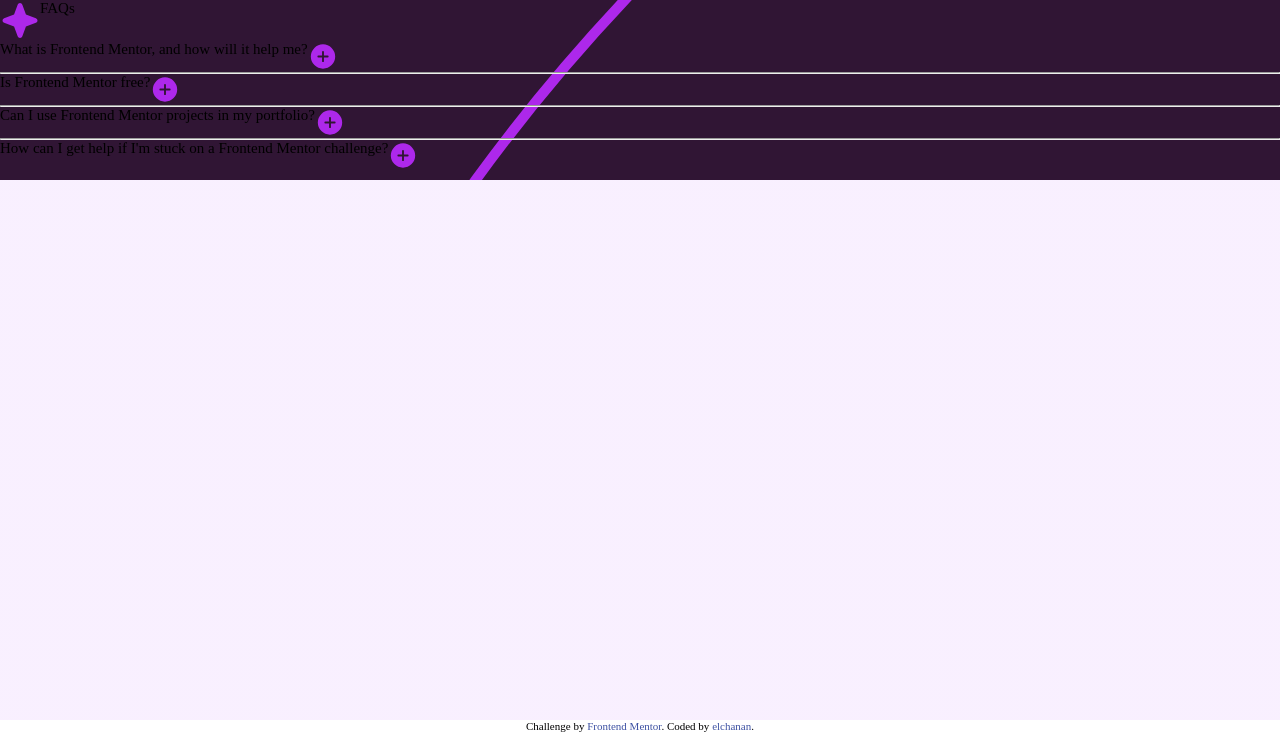
Repository: elchananChen/frontend-mentor-projects
Page: 2024/10/faQs/index.html
The author's editor kept a copy of each file at every save. The page is drawn from the files as they stood at one save, then again after the next save.
The browser window is 1280 px wide. The pictures show the whole page.

Above is the page before, as saved 2024-10-13 05:56:47.

### 2024/10/faQs/index.html
<!DOCTYPE html>
<html lang="en">
  <head>
    <meta charset="UTF-8" />
    <meta name="viewport" content="width=device-width, initial-scale=1.0" />

    <link
      rel="icon"
      type="image/png"
      sizes="32x32"
      href="./assets/images/favicon-32x32.png"
    />

    <title>Frontend Mentor | FAQ accordion</title>

    <style>
      .attribution {
        font-size: 11px;
        text-align: center;
      }
      .attribution a {
        color: hsl(228, 45%, 44%);
      }
    </style>
    <link rel="stylesheet" href="./style.css" />
  </head>
  <body>
    <article>
      <div class="card">
        <header>
          <div class="flex">
            <div><img src="./assets/images/icon-star.svg" alt="" /></div>
            <h1>FAQs</h1>
          </div>
        </header>
        <main>
          <div class="flex">
            <h3>What is Frontend Mentor, and how will it help me?</h3>
            <div><img src="./assets/images/icon-plus.svg" alt="" /></div>
          </div>
          <p class="hidden">
            Frontend Mentor offers realistic coding challenges to help
            developers improve their frontend coding skills with projects in
            HTML, CSS, and JavaScript. It's suitable for all levels and ideal
            for portfolio building.
          </p>
          <hr />
          <div class="flex">
            <h3>Is Frontend Mentor free?</h3>
            <div><img src="./assets/images/icon-plus.svg" alt="" /></div>
          </div>
          <p class="hidden">
            Yes, Frontend Mentor offers both free and premium coding challenges,
            with the free option providing access to a range of projects
            suitable for all skill levels.
          </p>
          <hr />
          <div class="flex">
            <h3>Can I use Frontend Mentor projects in my portfolio?</h3>
            <div><img src="./assets/images/icon-plus.svg" alt="" /></div>
          </div>
          <p class="hidden">
            Yes, you can use projects completed on Frontend Mentor in your
            portfolio. It's an excellent way to showcase your skills to
            potential employers!
          </p>
          <hr />
          <div class="flex">
            <h3>
              How can I get help if I'm stuck on a Frontend Mentor challenge?
            </h3>
            <div><img src="./assets/images/icon-plus.svg" alt="" /></div>
          </div>
          <p class="hidden">
            The best place to get help is inside Frontend Mentor's Discord
            community. There's a help channel where you can ask questions and
            seek support from other community members.
          </p>
        </main>
      </div>
    </article>
    <div class="attribution">
      Challenge by
      <a href="https://www.frontendmentor.io?ref=challenge" target="_blank"
        >Frontend Mentor</a
      >. Coded by <a href="#">elchanan</a>.
    </div>
  </body>
</html>

### 2024/10/faQs/style.css
@import url("./css/reset.css");
@import url("./css/varieble.css");
@import url("./css/fonts.css");
@import url("./css/utilities.css");

article {
  min-height: 100vh;
  width: 100%;
}
.card {
  min-height: 100vh;
  /* width: 100%;
  height: 200px; */
  /* background: -moz-linear-gradient(left, blue 75%, white 25%); */
  /* background: linear-gradient(180deg, red 20%, orange 20% 100%); */
  /* background: linear-gradient(to top, blue 25%, white 25%, red 50%); */

  background: linear-gradient(180deg, transparent 25%, hsl(275, 100%, 97%) 25%),
    url("./assets/images/background-pattern-mobile.svg");
  background-size: cover; /* מכסה את האלמנט */
  background-position: center; /* מרכז את התמונה */
  /* background-size: cover; מכסה את האלמנט */
  /* background-position: center; */
}
header {
}

### 2024/10/faQs/css/reset.css
* {
  box-sizing: border-box;
  margin: 0;
  padding: 0;
}
html {
  font-family: "overpass-Regular";
}
html,
body {
  min-height: 100vh;
  width: 100%;
  font-size: 15px;
}

img {
  display: block;
  max-width: 100%;
}
h1,
h2,
h3,
h4,
h5,
h6 {
  font-size: 1rem;
  font-weight: normal;
}
button {
  border: 0px;
}

ul,
ol {
  padding-left: 0.5rem;
}
a {
  text-decoration: none;
  color: inherit;
}

### 2024/10/faQs/css/varieble.css
:root {
  --color-White: hsl(0, 0%, 100%);
  --color-Light-pink: hsl(275, 100%, 97%);
  --color-Grayish-purple: hsl(292, 16%, 49%);
  --color-Dark-purple: hsl(292, 42%, 14%);
}

### 2024/10/faQs/css/utilities.css
.flex {
  display: flex;
}
.hidden {
  display: none;
}

Loaded but not shown: 2024/10/faQs/css/fonts.css (no copy from this time; the picture is the same without it)

After the next save:
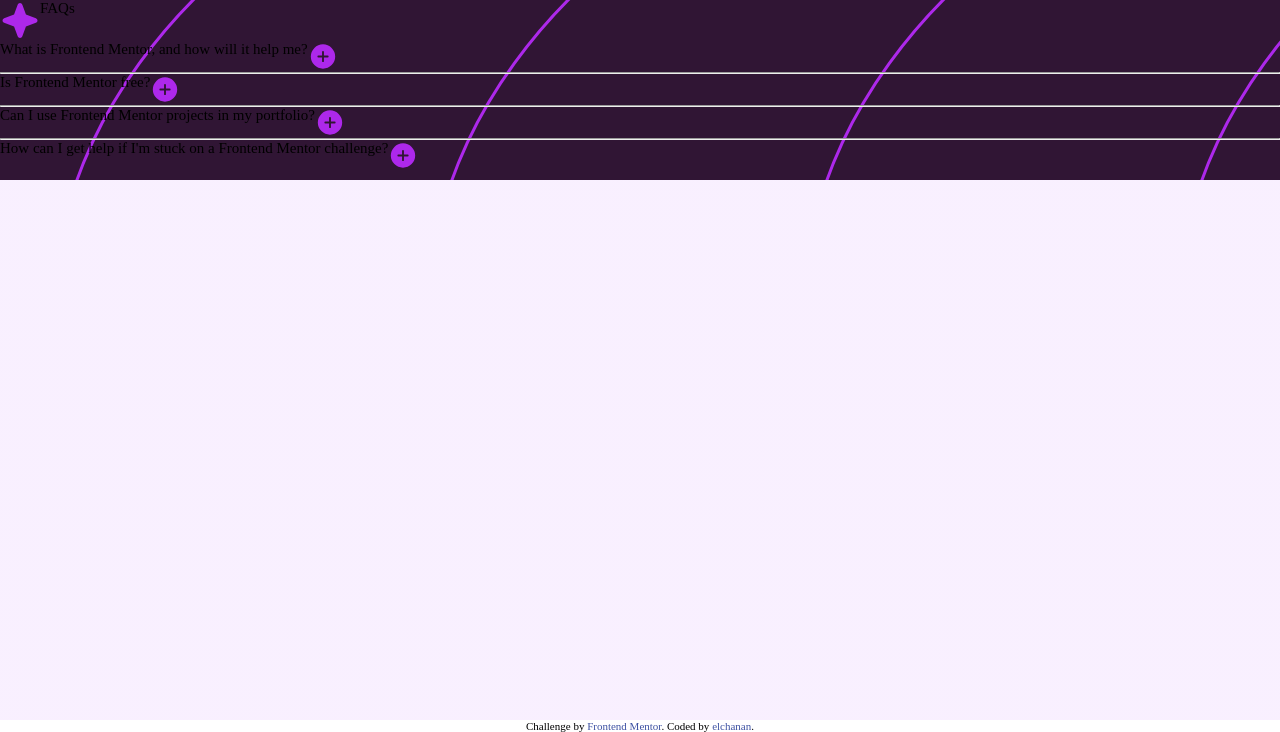
Saved 58 s later.
--- a/2024/10/faQs/style.css
+++ b/2024/10/faQs/style.css
@@ -9,18 +9,11 @@
 }
 .card {
   min-height: 100vh;
-  /* width: 100%;
-  height: 200px; */
-  /* background: -moz-linear-gradient(left, blue 75%, white 25%); */
-  /* background: linear-gradient(180deg, red 20%, orange 20% 100%); */
-  /* background: linear-gradient(to top, blue 25%, white 25%, red 50%); */
 
   background: linear-gradient(180deg, transparent 25%, hsl(275, 100%, 97%) 25%),
     url("./assets/images/background-pattern-mobile.svg");
-  background-size: cover; /* מכסה את האלמנט */
-  background-position: center; /* מרכז את התמונה */
   /* background-size: cover; מכסה את האלמנט */
-  /* background-position: center; */
+  /* background-position: center; מרכז את התמונה */
 }
 header {
 }
